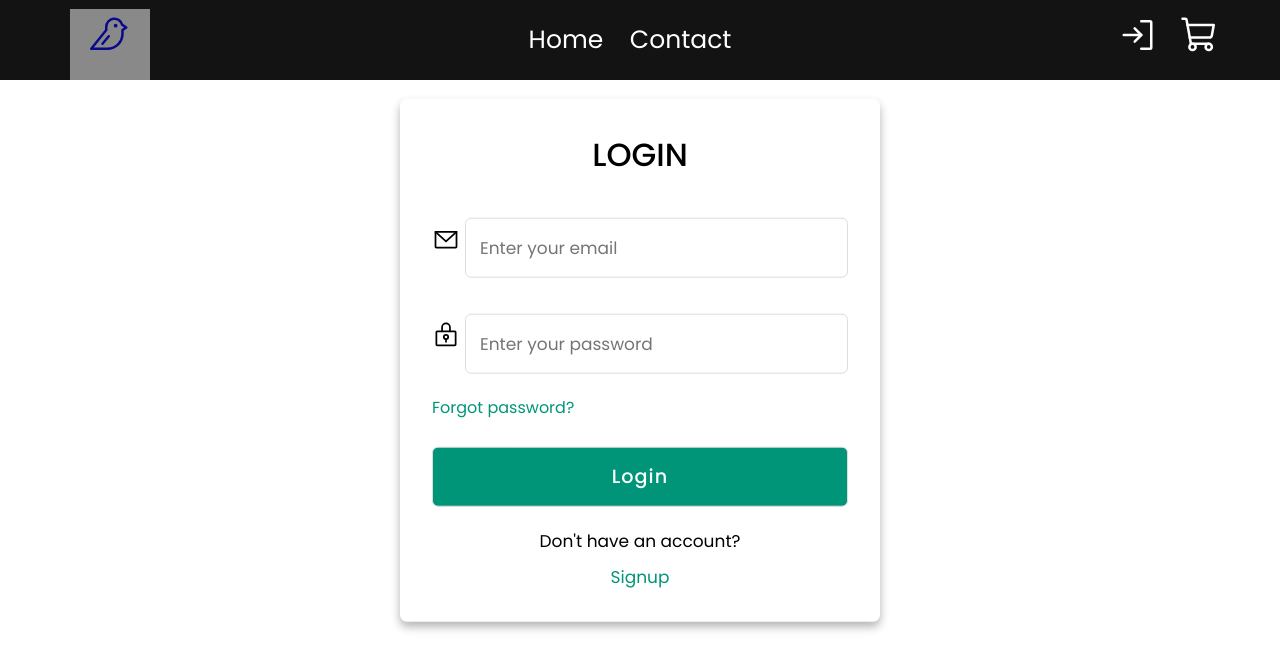
Repository: hoangdanh2/swp301
Page: /register
An editor plug-in stored every save of this project. The page is shown before and after the next save, followed by the edit.
The browser window is 1280 px wide. The pictures show the whole page.
The pointer rests on the first visible `.links a`.
The project was rebuilt for these pictures with package versions that can differ from the ones it lists, and the page was loaded fresh each time. Also part of the build but not shown: src/pages/shop/product.jsx, src/pages/shop/shop.css, src/pages/shop/shop.jsx, src/pages/contact/contact.jsx, src/pages/cart/cart-item.jsx, src/pages/cart/cart.css, src/pages/cart/cart.jsx.

Above is the page before, as saved 2023-05-29 12:59:42.

After the next save:
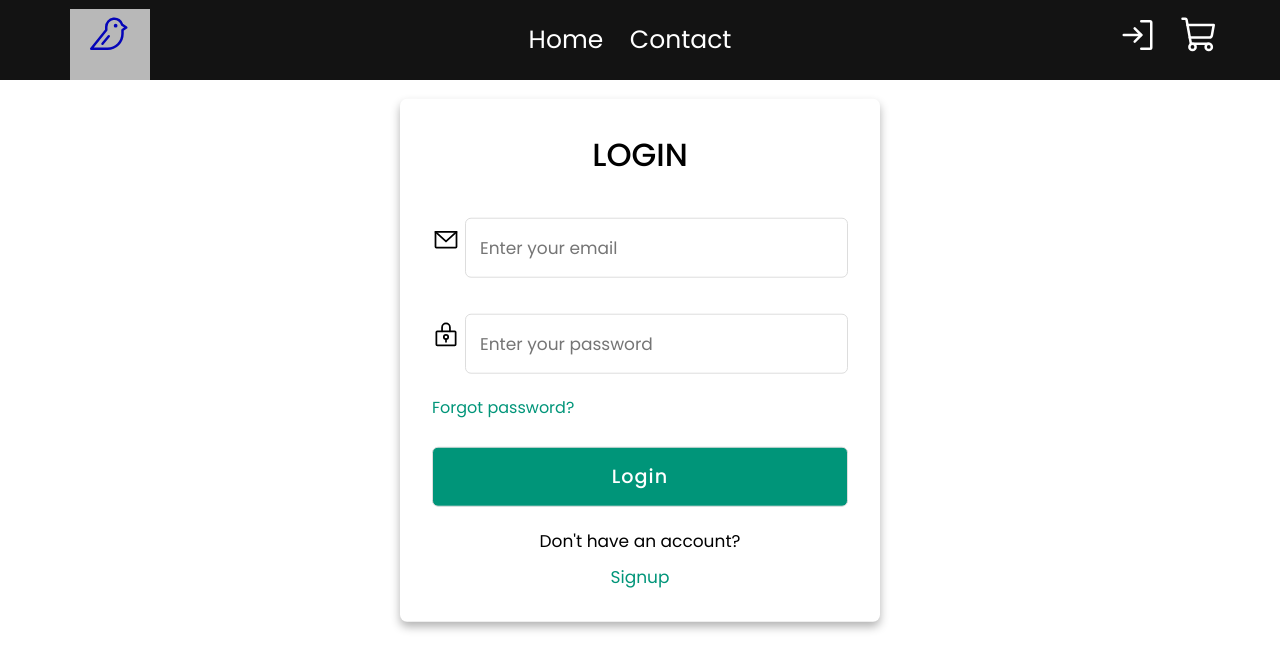
Saved 4 s later.
--- a/src/components/navbar.css
+++ b/src/components/navbar.css
@@ -33,6 +33,6 @@
     width: 100%;
     color: blue;
     background-color: white;
-    opacity: 0.5;
+    opacity: 0.7;
     padding: 20px;
 }
